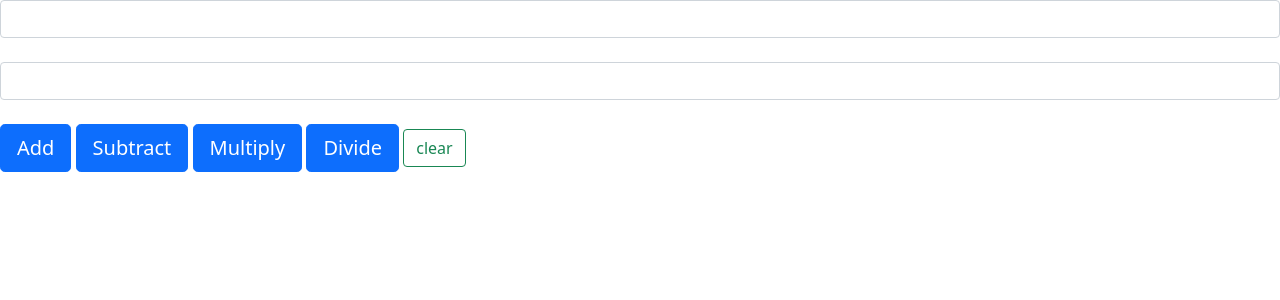
Repository: SHASHIDHAR-as/Spring
Page: spring-jsp-servelets/webapp/Webapp1/src/main/webapp/Calculator.html
An editor plug-in stored every save of this project. The page is shown before and after the next save, followed by the edit.
The browser window is 1280 px wide. The pictures show the whole page.

Above is the page before, as saved 2024-07-31 06:13:13.

### spring-jsp-servelets/webapp/Webapp1/src/main/webapp/Calculator.html
<!DOCTYPE html>
<html>
<head>
<meta charset="UTF-8">
<title>Calculator</title>
 <!-- Bootstrap CSS -->
    <link href="https://cdn.jsdelivr.net/npm/bootstrap@5.0.2/dist/css/bootstrap.min.css" rel="stylesheet" integrity="sha384-EVSTQN3/azprG1Anm3QDgpJLIm9Nao0Yz1ztcQTwFspd3yD65VohhpuuCOmLASjC" crossorigin="anonymous">

<script src="Scripts/calcscript.js"></script>
</head>
<body>
<input class="form-control me-2" type="text" id="num1"><br>
<input class="form-control me-2" type="text" id="num2"><br>

<button class="btn btn-lg btn-primary " onclick="calculate('A')">Add</button>
<button class="btn btn-lg btn-primary" onclick="calculate('S')">Subtract</button>
<button  class="btn btn-lg btn-primary"onclick="calculate('M')">Multiply</button>
<button class="btn btn-lg btn-primary" onclick="calculate('D')">Divide</button>
<button  class="btn btn-outline-success" onclick="clearvalue()">clear</button>
<p id="result"> </p>
</body>
</html>

### spring-jsp-servelets/webapp/Webapp1/src/main/webapp/Scripts/calcscript.js
/**
 *

function add(){
    var num1 = parseFloat(document.getElementById("num1").value);
    var num2 = parseFloat(document.getElementById("num2").value);
    document.getElementById("result").innerHTML=" Result is :"+(num1+num2);
    alert(num1 + num2);
}
function sub(){
    var num1 = parseFloat(document.getElementById("num1").value);
    var num2 = parseFloat(document.getElementById("num2").value);
    document.getElementById("result").innerHTML=" Result is :"+(num1-num2);
    alert(num1 - num2);
}
 */


 function calculate(option){
	var num1 = parseFloat(document.getElementById("num1").value);
    var num2 = parseFloat(document.getElementById("num2").value);
    if(isNaN(num1) ||isNaN(num2)){
		alert("Please enter proper values");
		return
	}
	switch(option){
		case 'A':result=num1+num2;
				break;

    	case 'S':
			   result=num1-num2;
				break;
    	case 'M':
			    result=num1*num2;
				break;
    	case 'D':
			    result=num1/num2;
				break;
	}
	document.getElementById("result").innerHTML=" Result is :"+result;
    			alert(result);



 }

 function clearvalue(){
  document.getElementById("num1").value="";
   document.getElementById("num2").value="";
    document.getElementById("result").innerHTML="";

}

After the next save:
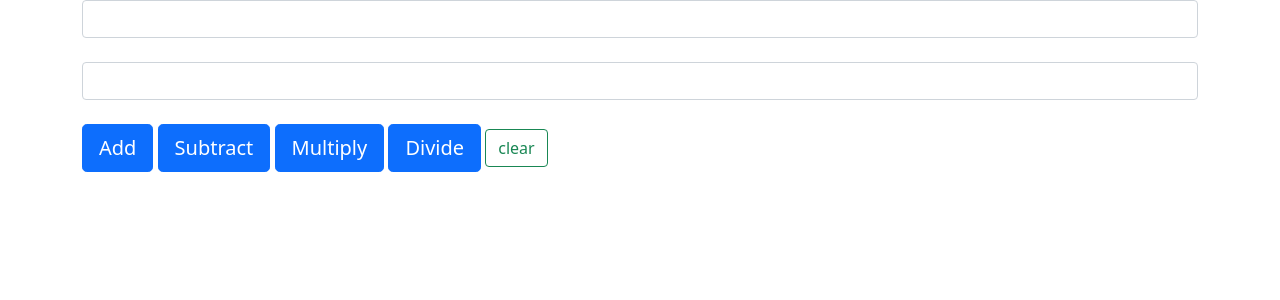
Saved 58 s later.
--- a/spring-jsp-servelets/webapp/Webapp1/src/main/webapp/Calculator.html
+++ b/spring-jsp-servelets/webapp/Webapp1/src/main/webapp/Calculator.html
@@ -9,14 +9,16 @@
 <script src="Scripts/calcscript.js"></script>
 </head>
 <body>
-<input class="form-control me-2" type="text" id="num1"><br>
-<input class="form-control me-2" type="text" id="num2"><br>
+	<div class="container">
+		<input class="form-control me-2" type="text" id="num1"><br>
+		<input class="form-control me-2" type="text" id="num2"><br>
 
-<button class="btn btn-lg btn-primary " onclick="calculate('A')">Add</button>
-<button class="btn btn-lg btn-primary" onclick="calculate('S')">Subtract</button>
-<button  class="btn btn-lg btn-primary"onclick="calculate('M')">Multiply</button>
-<button class="btn btn-lg btn-primary" onclick="calculate('D')">Divide</button>
-<button  class="btn btn-outline-success" onclick="clearvalue()">clear</button>
-<p id="result"> </p>
+		<button class="btn btn-lg btn-primary " onclick="calculate('A')">Add</button>
+		<button class="btn btn-lg btn-primary" onclick="calculate('S')">Subtract</button>
+		<button  class="btn btn-lg btn-primary"onclick="calculate('M')">Multiply</button>
+		<button class="btn btn-lg btn-primary" onclick="calculate('D')">Divide</button>
+		<button  class="btn btn-outline-success" onclick="clearvalue()">clear</button>
+		<p id="result"> </p>
+	</div>
 </body>
 </html>
